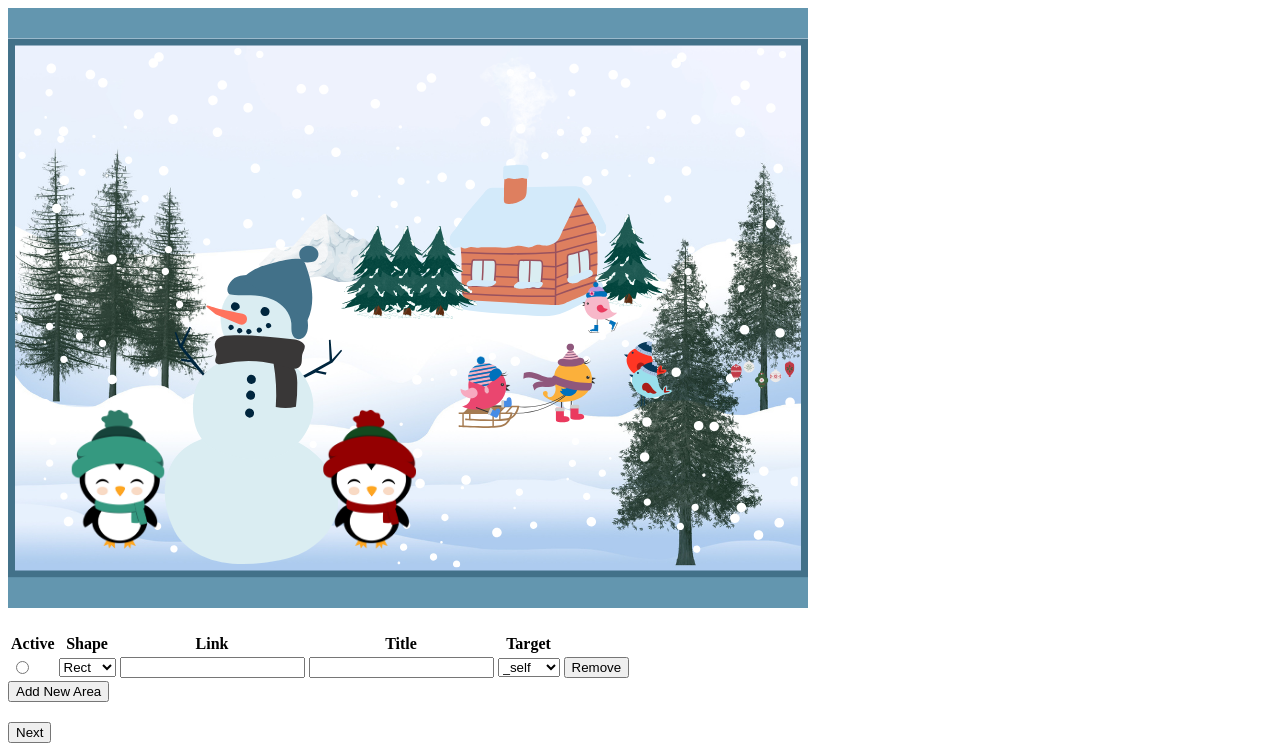
Repository: Ayoubouladmaalem/game2
Page: index.html
The author's editor kept a copy of each file at every save. The page is drawn from the files as they stood at one save, then again after the next save.
The browser window is 1280 px wide. The pictures show the whole page.

Above is the page before, as saved 2024-07-15 11:34:03.

### index.html
<!-- <!DOCTYPE html>
<html lang="en">
<head>
    <meta charset="UTF-8">
    <meta name="viewport" content="width=device-width, initial-scale=1.0">
    <title>Phaser</title>
    <link rel="stylesheet" href="https://cdn.jsdelivr.net/npm/bootstrap@5.3.3/dist/css/bootstrap.min.css" integrity="sha384-QWTKZyjpPEjISv5WaRU9OFeRpok6YctnYmDr5pNlyT2bRjXh0JMhjY6hW+ALEwIH" crossorigin="anonymous">
    <link rel="stylesheet" href="style.css">
    <script src="https://cdn.jsdelivr.net/npm/bootstrap@5.3.3/dist/js/bootstrap.bundle.min.js" integrity="sha384-YvpcrYf0tY3lHB60NNkmXc5s9fDVZLESaAA55NDzOxhy9GkcIdslK1eN7N6jIeHz" crossorigin="anonymous"></script>
    <link rel="preconnect" href="https://fonts.googleapis.com">
    <link rel="preconnect" href="https://fonts.gstatic.com" crossorigin>
    <link href="https://fonts.googleapis.com/css2?family=Marhey&display=swap" rel="stylesheet">
    <script src="https://ajax.googleapis.com/ajax/libs/webfont/1.6.26/webfont.js"></script>

    <script src="https://cdn.jsdelivr.net/npm/sweetalert2@10"></script>
    <script src="phaser.min.js"></script>
</head>
<body>
    <h1 class="text-center">Find the differences between this two pictures</h1>
    <script src="script.js"></script>
</body>
</html> -->

<!DOCTYPE html>
<html lang="en">
<head>
  <meta charset="UTF-8">
  <meta name="viewport" content="width=device-width, initial-scale=1.0">
  <title>Interactive Image with Shapes</title>
  <style>
    #image-container {
      position: relative;
      display: inline-block;
    }
    .shape {
      position: absolute;
      border: 2px solid red;
      cursor: pointer;
    }
    .rect {
      width: 50px;
      height: 50px;
    }
    .circle {
      width: 50px;
      height: 50px;
      border-radius: 50%;
    }
    #controls {
      margin-top: 20px;
    }
    #next-button {
      display: block;
      margin-top: 20px;
    }
  </style>
</head>
<body>

<div id="image-container">
  <img src="assets/image1.png" alt="Main Image" id="main-image">
</div>

<div id="controls">
  <table>
    <thead>
      <tr>
        <th>Active</th>
        <th>Shape</th>
        <th>Link</th>
        <th>Title</th>
        <th>Target</th>
      </tr>
    </thead>
    <tbody id="shapes-table">
      <!-- Rows will be added here dynamically -->
    </tbody>
  </table>
  <button id="add-new-area">Add New Area</button>
  <button id="next-button">Next</button>
</div>

<script>
  const shapesTable = document.getElementById('shapes-table');
  const imageContainer = document.getElementById('image-container');

  function createTableRow() {
    const row = document.createElement('tr');

    row.innerHTML = `
      <td><input type="radio" name="active"></td>
      <td>
        <select class="shape-select">
          <option value="rect">Rect</option>
          <option value="circle">Circle</option>
        </select>
      </td>
      <td><input type="text" class="link-input"></td>
      <td><input type="text" class="title-input"></td>
      <td>
        <select class="target-select">
          <option value="_self">_self</option>
          <option value="_blank">_blank</option>
        </select>
      </td>
      <td><button class="remove-row">Remove</button></td>
    `;

    shapesTable.appendChild(row);
  }

  document.getElementById('add-new-area').addEventListener('click', createTableRow);

  shapesTable.addEventListener('click', function(event) {
    if (event.target.classList.contains('remove-row')) {
      event.target.closest('tr').remove();
    }
  });

  document.getElementById('next-button').addEventListener('click', function() {
    const shapes = document.querySelectorAll('#shapes-table tr');
    shapes.forEach((shapeRow, index) => {
      const shapeSelect = shapeRow.querySelector('.shape-select').value;
      const link = shapeRow.querySelector('.link-input').value;
      const title = shapeRow.querySelector('.title-input').value;
      const target = shapeRow.querySelector('.target-select').value;

      const shape = document.createElement('div');
      shape.classList.add('shape', shapeSelect);
      shape.style.left = `${100 + index * 60}px`; // Adjust as needed
      shape.style.top = `${100 + index * 60}px`;  // Adjust as needed

      shape.addEventListener('click', () => {
        alert(`You clicked on: ${title}`);
        window.open(link, target);
      });

      imageContainer.appendChild(shape);
    });
  });

  // Initialize with one row
  createTableRow();
</script>

</body>
</html>

After the next save:
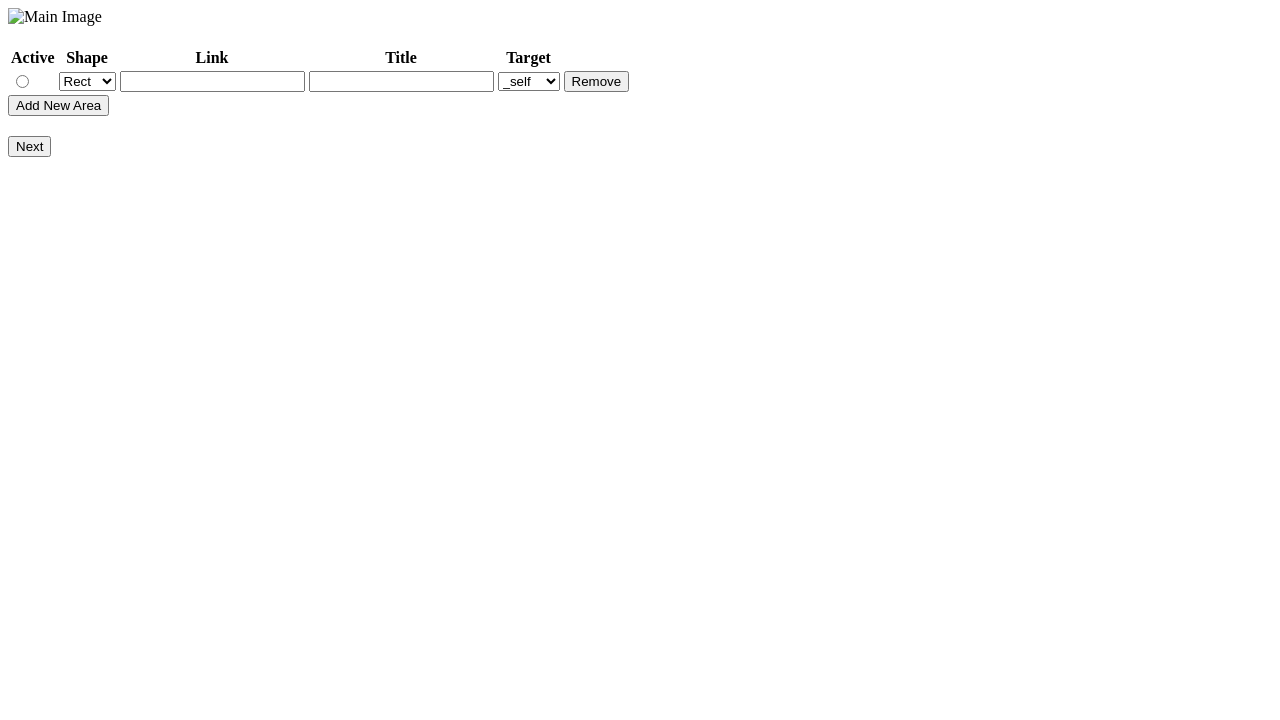
Not found: mnt/data/image.png
Saved 4 min 17 s later.
--- a/index.html
+++ b/index.html
@@ -58,7 +58,7 @@
 <body>
 
 <div id="image-container">
-  <img src="assets/image1.png" alt="Main Image" id="main-image">
+  <img src="/mnt/data/image.png" alt="Main Image" id="main-image">
 </div>
 
 <div id="controls">
@@ -117,6 +117,59 @@
     }
   });
 
+  let isDrawing = false;
+  let startX, startY;
+  let currentShape;
+
+  imageContainer.addEventListener('mousedown', (event) => {
+    const activeRow = document.querySelector('#shapes-table tr input[type="radio"]:checked');
+    if (!activeRow) return;
+
+    const shapeType = activeRow.closest('tr').querySelector('.shape-select').value;
+
+    isDrawing = true;
+    startX = event.offsetX;
+    startY = event.offsetY;
+
+    currentShape = document.createElement('div');
+    currentShape.classList.add('shape', shapeType);
+    currentShape.style.left = `${startX}px`;
+    currentShape.style.top = `${startY}px`;
+    imageContainer.appendChild(currentShape);
+  });
+
+  imageContainer.addEventListener('mousemove', (event) => {
+    if (!isDrawing) return;
+
+    const currentX = event.offsetX;
+    const currentY = event.offsetY;
+    const width = Math.abs(currentX - startX);
+    const height = Math.abs(currentY - startY);
+
+    if (currentShape.classList.contains('rect')) {
+      currentShape.style.width = `${width}px`;
+      currentShape.style.height = `${height}px`;
+    } else if (currentShape.classList.contains('circle')) {
+      const diameter = Math.max(width, height);
+      currentShape.style.width = `${diameter}px`;
+      currentShape.style.height = `${diameter}px`;
+      currentShape.style.borderRadius = '50%';
+    }
+
+    if (currentX < startX) {
+      currentShape.style.left = `${currentX}px`;
+    }
+
+    if (currentY < startY) {
+      currentShape.style.top = `${currentY}px`;
+    }
+  });
+
+  imageContainer.addEventListener('mouseup', () => {
+    if (!isDrawing) return;
+    isDrawing = false;
+  });
+
   document.getElementById('next-button').addEventListener('click', function() {
     const shapes = document.querySelectorAll('#shapes-table tr');
     shapes.forEach((shapeRow, index) => {
@@ -127,6 +180,7 @@
 
       const shape = document.createElement('div');
       shape.classList.add('shape', shapeSelect);
+
       shape.style.left = `${100 + index * 60}px`; // Adjust as needed
       shape.style.top = `${100 + index * 60}px`;  // Adjust as needed
 

After the save that followed:
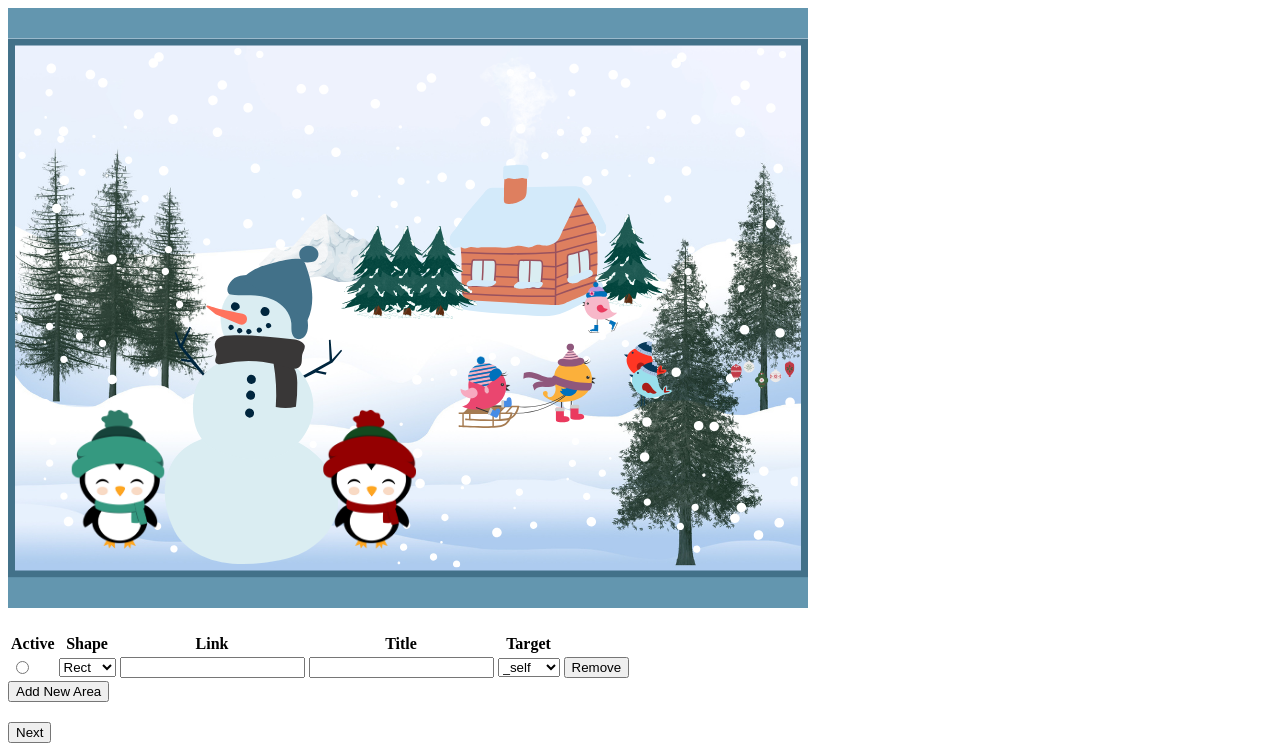
Saved 16 s later.
--- a/index.html
+++ b/index.html
@@ -58,7 +58,7 @@
 <body>
 
 <div id="image-container">
-  <img src="/mnt/data/image.png" alt="Main Image" id="main-image">
+  <img src="assets/image1.png" alt="Main Image" id="main-image">
 </div>
 
 <div id="controls">
